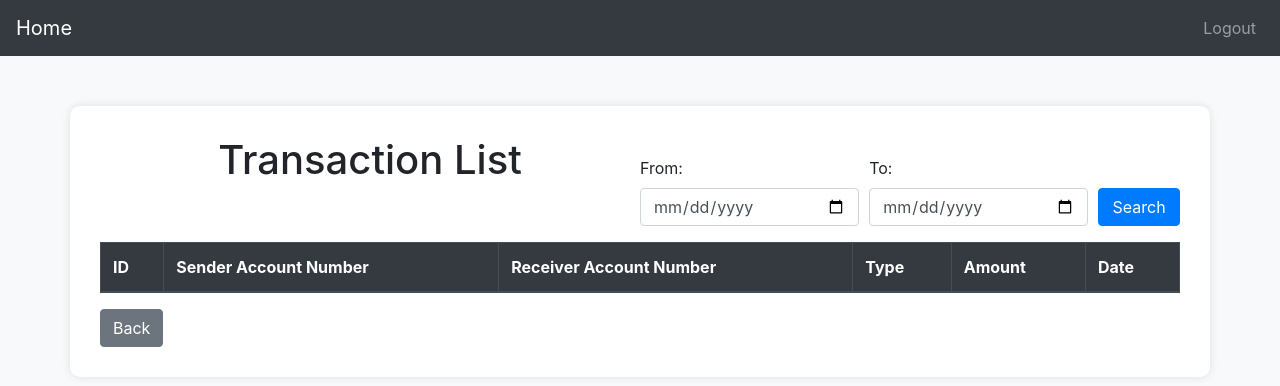
Repository: bhatideepak599/JspServlets
Page: http://localhost/11-bank-application/transactionFile.jsp
These files come from the project's save history. The page is drawn as it stood at one moment and after the next save; the edit follows.
The browser window is 1280 px wide. The pictures show the whole page.
The page is served by Tomcat 9. The template is opened directly, without the code that normally fills it, so the values that code supplies are empty.

Above is the page before, as saved 2024-07-22 13:51:54.

After the next save:
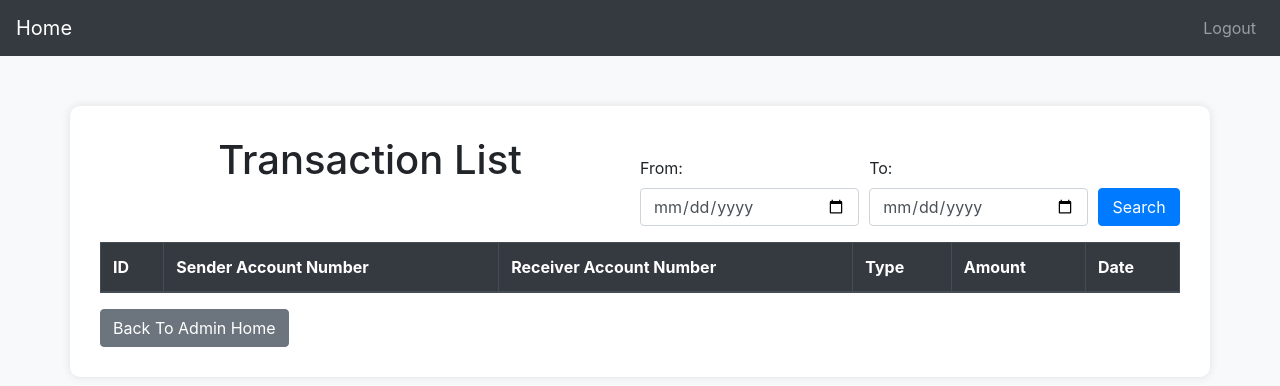
Saved 76 s later.
--- a/11-bank-application/WebContent/transactionFile.jsp
+++ b/11-bank-application/WebContent/transactionFile.jsp
@@ -93,7 +93,7 @@ h1 {
 				</c:forEach>
 			</tbody>
 		</table>
-		<button type="button" class="btn btn-secondary" onclick="window.history.back();">Back</button>
+		<button type="button" class="btn btn-secondary" onclick="window.history.back();">Back To Admin Home</button>
 	</div>
 
 	<!-- Bootstrap JS, Popper.js, and jQuery -->
